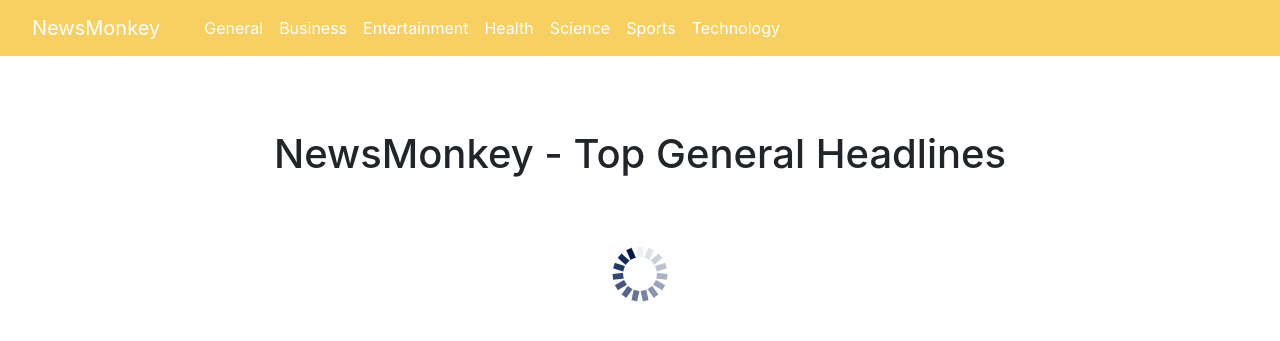
Repository: scelly01/NewsMonkey
Page: /
These files come from the project's save history. The page is drawn as it stood at one moment and after the next save; the edit follows.
The browser window is 1280 px wide. The pictures show the whole page.
The page's requests for data from a server got no answer. The project was rebuilt for these pictures with package versions that can differ from the ones it lists, and the page was loaded fresh each time. A package was used in the major version that the imports need, not the one package.json lists. No one was signed in, and anything a server would have sent is missing. Also part of the build but not shown: src/App.css, src/components/NewsItem.js.

Above is the page before, as saved 2022-04-30 18:23:47.

After the next save:
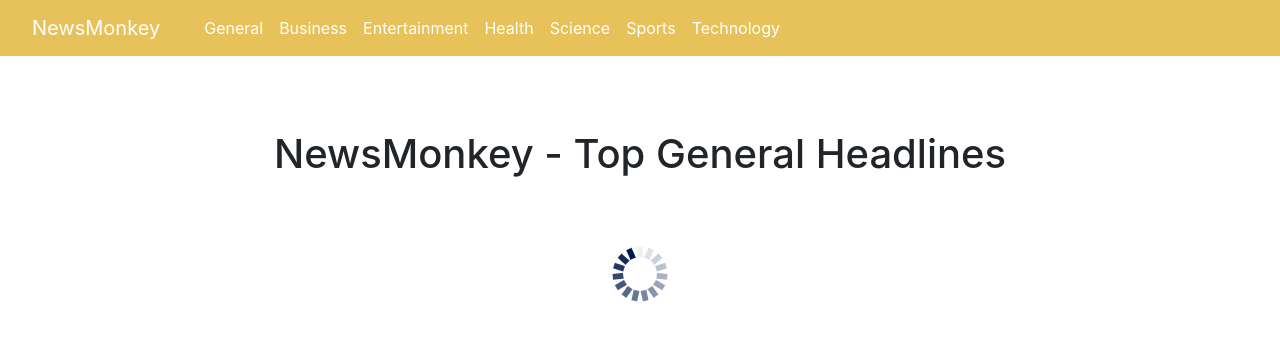
Saved 7 s later.
--- a/src/index.css
+++ b/src/index.css
@@ -7,7 +7,7 @@
   -moz-osx-font-smoothing: grayscale;
 }
 .yellow{
-  background-color: #f8d061;
+  background-color: #e7c159;
 }
 code {
   font-family: source-code-pro, Menlo, Monaco, Consolas, 'Courier New',
